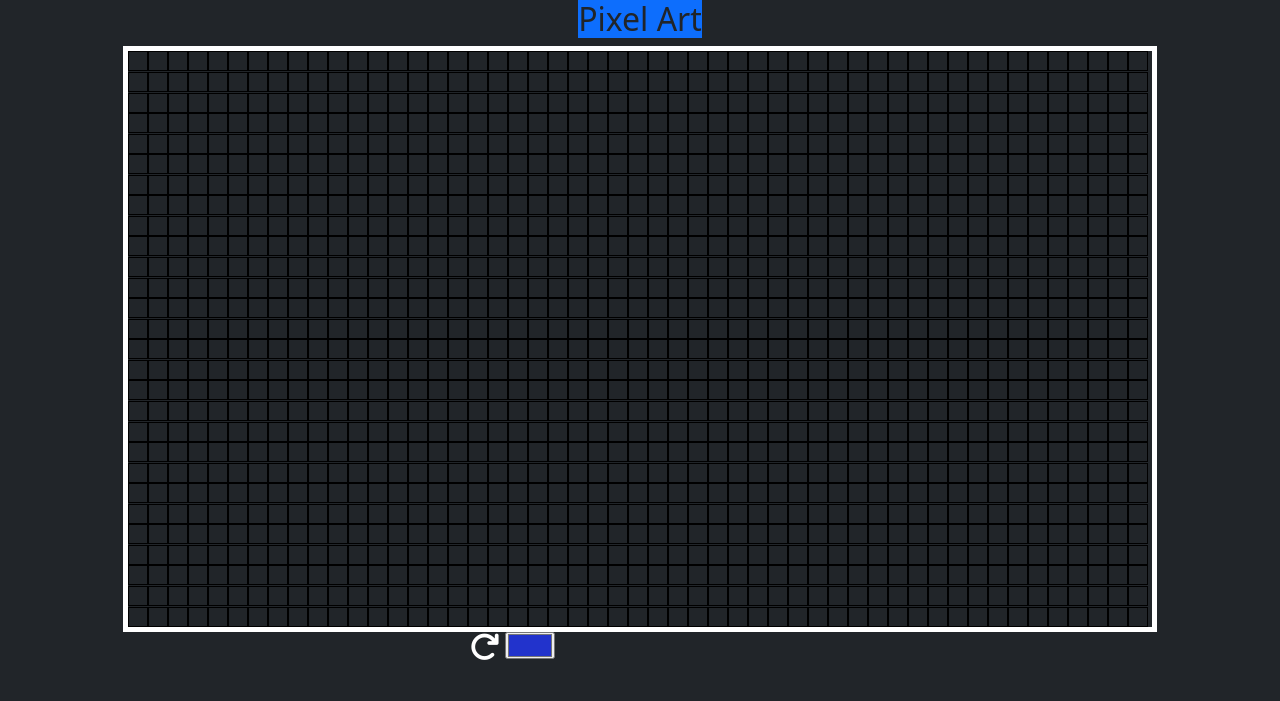
Repository: bechara611/pixelartdb
Page: /
The author's editor kept a copy of each file at every save. The page is drawn from the files as they stood at one save, then again after the next save.
The browser window is 1280 px wide. The pictures show the whole page.
Some web libraries are served in a nearby version. The project was rebuilt for these pictures with package versions that can differ from the ones it lists, and the page was loaded fresh each time. Also part of the build but not shown: vite.config.js.

Above is the page before, as saved 2023-03-07 13:53:27.

After the next save:
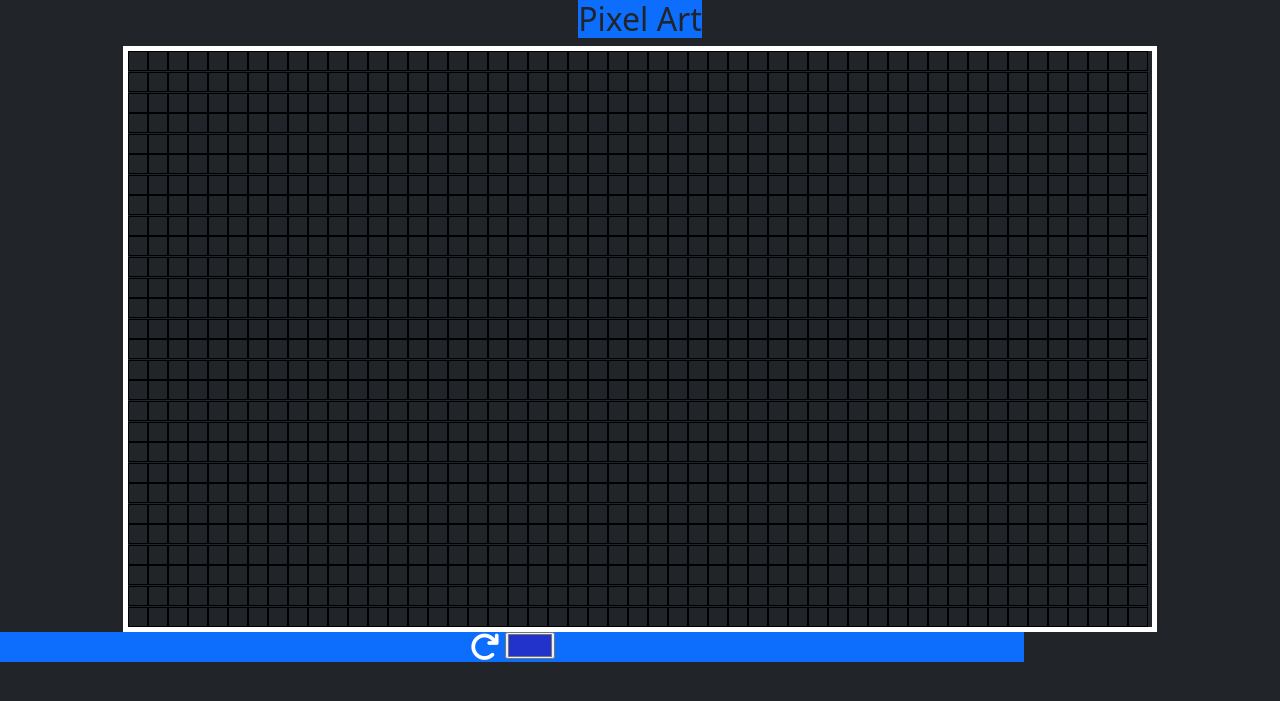
Saved 9 s later.
--- a/src/App.jsx
+++ b/src/App.jsx
@@ -82,7 +82,7 @@ const App = () => {
           </div>
         </div>
         <div className="col-12 contenedor-06  ">
-          <div className="derecha">
+          <div className="derecha bg-primary">
           <i className="fa-solid fa-arrow-rotate-right  icono"></i>
             <input type="color" value={colorActual}  onChange={(e) => { setcolorActual(e.target.value) }} />
           </div>
